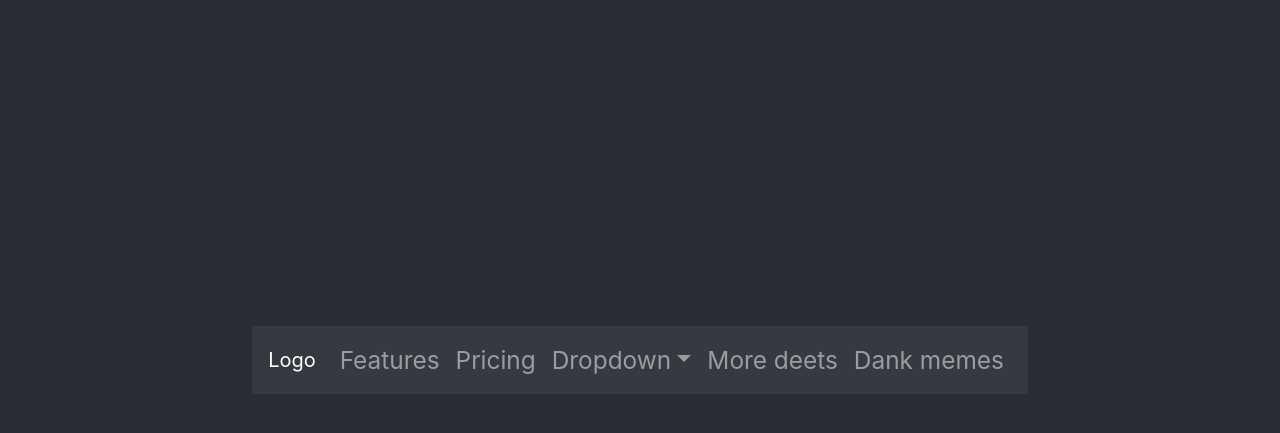
Repository: schweizercode/schweezzy
Page: /
These files come from the project's save history. The page is drawn as it stood at one moment and after a run of saves; the edit follows.
The browser window is 1280 px wide. The pictures show the whole page.
The project was rebuilt for these pictures with package versions that can differ from the ones it lists, and the page was loaded fresh each time.

Above is the page before, as saved 2021-04-12 16:28:45.

After the next 2 saves:
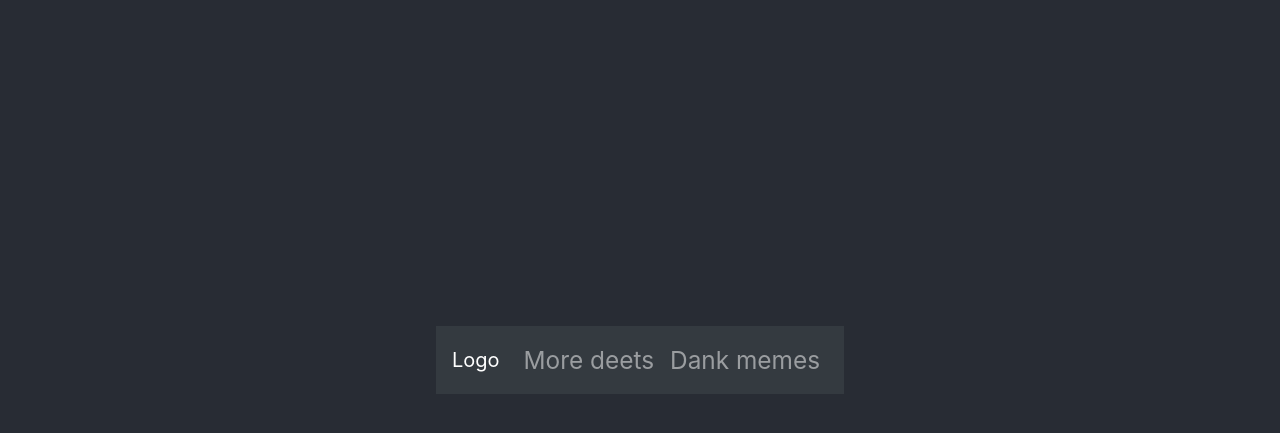
The 2 saves are shown as one change because 1 did not build or start.
The last was saved 2 min 6 s later.
--- a/src/Navbar.js
+++ b/src/Navbar.js
@@ -10,7 +10,7 @@ function Nav() {
                 <ReactBootStrap.Navbar.Brand href="#home">Logo</ReactBootStrap.Navbar.Brand>
                 <ReactBootStrap.Navbar.Toggle aria-controls="responsive-navbar-nav" />
                 <ReactBootStrap.Navbar.Collapse id="responsive-navbar-nav">
-                    <ReactBootStrap.Nav className="mr-auto">
+                    {/* <ReactBootStrap.Nav className="mr-auto">
                         <ReactBootStrap.Nav.Link href="#features">Features</ReactBootStrap.Nav.Link>
                         <ReactBootStrap.Nav.Link href="#pricing">Pricing</ReactBootStrap.Nav.Link>
                         <ReactBootStrap.NavDropdown title="Dropdown" id="collasible-nav-dropdown">
@@ -20,7 +20,7 @@ function Nav() {
                             <ReactBootStrap.NavDropdown.Divider />
                             <ReactBootStrap.NavDropdown.Item href="#action/3.4">Separated link</ReactBootStrap.NavDropdown.Item>
                         </ReactBootStrap.NavDropdown>
-                    </ReactBootStrap.Nav>
+                    </ReactBootStrap.Nav> */}
                     <ReactBootStrap.Nav>
                         <ReactBootStrap.Nav.Link href="#deets">More deets</ReactBootStrap.Nav.Link>
                         <ReactBootStrap.Nav.Link eventKey={2} href="#memes">
